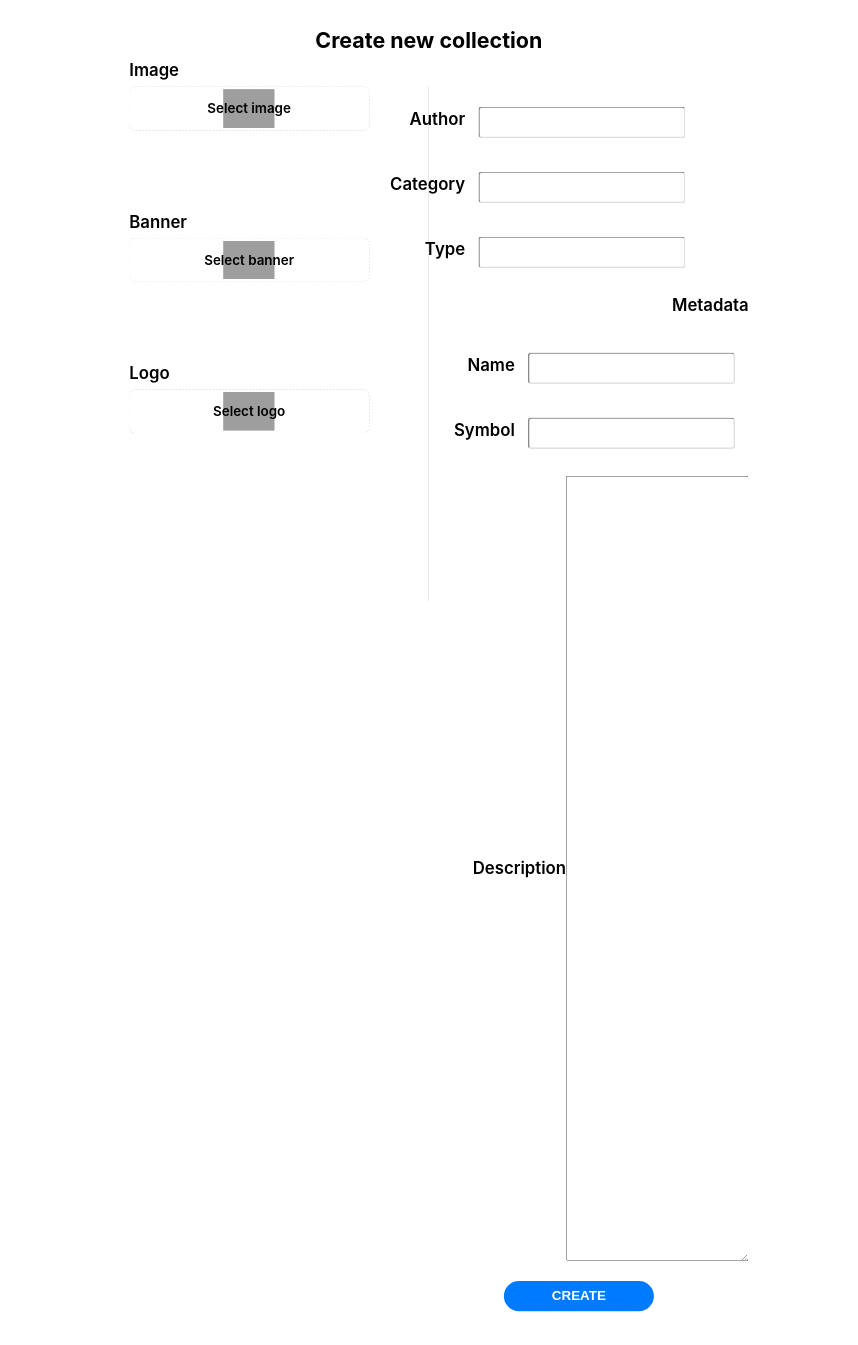
Repository: superHotBob/admin_nftillion
Page: /createcollection
These files come from the project's save history. The page is drawn as it stood at one moment and after the next save; the edit follows.
The browser window is 1280 px wide. The pictures show the whole page, at 67% of full size.
Pictures or frames that could not be fetched are drawn as grey boxes. The project was rebuilt for these pictures with package versions that can differ from the ones it lists, and the page was loaded fresh each time. Also part of the build but not shown: src/components/Login/styles.scss, src/components/Login/index.js, src/components/NavPanel/styles.scss, src/components/NavPanel/index.js, src/components/Users/index.js, src/components/Collections/index.js, src/components/Preminted/styles.scss, src/components/Preminted/index.js.

Above is the page before, as saved 2022-04-27 08:25:19.

After the next save:
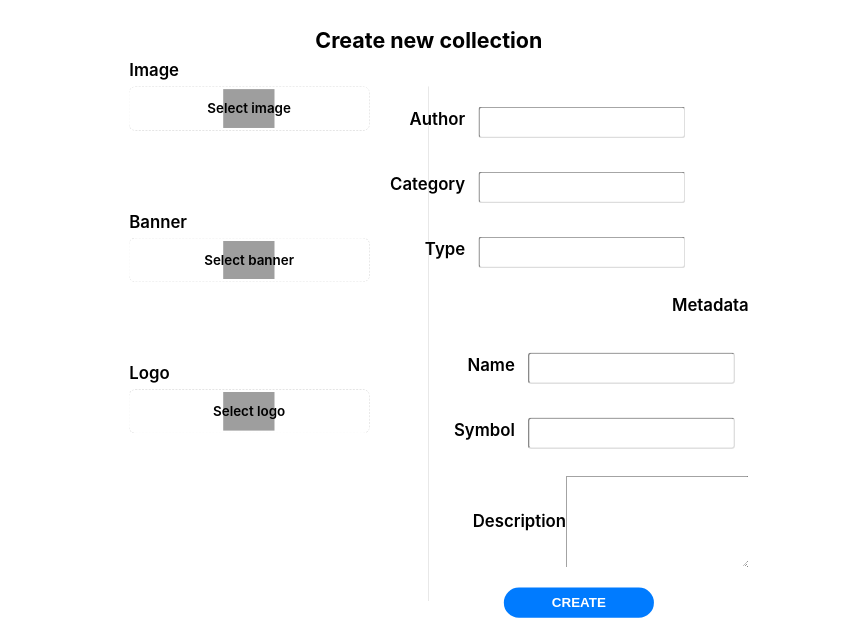
Saved 9 s later.
--- a/src/components/CreateCollection/index.js
+++ b/src/components/CreateCollection/index.js
@@ -187,7 +187,7 @@ export const Create = () => {
             </label>
             <label>
               Description
-              <textarea rows={50} value={description} onChange={e=>setDescription(e.target.value)}/>
+              <textarea rows={5} value={description} onChange={e=>setDescription(e.target.value)}/>
             </label>
           </fieldset>
 
